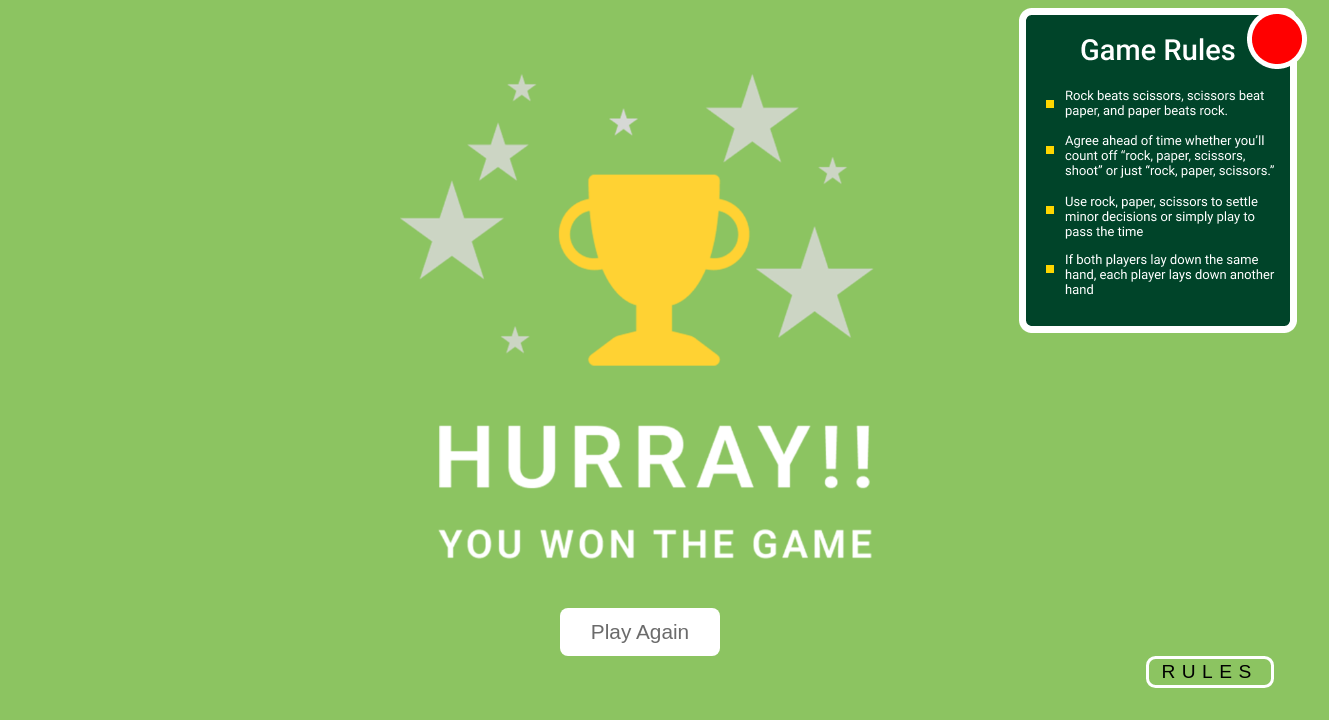
Repository: drumsmanku/Major-module-project-1
Page: hurray.html
These files come from the project's save history. The page is drawn as it stood at one moment and after the next save; the edit follows.
The browser window is 1280 px wide. The page is 1313 px wide, then 1329 px, so the pictures cover 1329 px, including what lies to the right of the window. The pictures show the whole page.

Above is the page before, as saved 2023-05-01 00:11:05.

### hurray.html
<!DOCTYPE html>
<html lang="en">
<head>
  <meta charset="UTF-8">
  <meta http-equiv="X-UA-Compatible" content="IE=edge">
  <meta name="viewport" content="width=device-width, initial-scale=1.0">
  <title>Won</title>
  <style>
    body{
      background-color: #8CC461;
      position: relative;
    }
    .container{
      display: flex;
      flex-direction: column;
      align-items: center;
      justify-content: center;
    }
    .container img{
      width: 70vh;
      margin-bottom: 3rem;
      margin-top: 3rem;
    }
    .play-again{
      background-color: white;
      border: none;
      color: #6B6B6B;
      width: 10rem;
      height: 3rem;
      font-size: 1.3rem;
      border-radius: 0.5rem;
      cursor: pointer;
    }
    #rule-btn{
      background: none;
      border: 3px solid white;
      border-radius: 0.6rem;
      height: 2rem;
      width: 8rem;
      font-size:1.2rem;
      letter-spacing: 0.4rem;
      cursor: pointer;
      z-index: 999;
      position: absolute;
      left: 90%;
      /* bottom: -5rem; */
    }
    .second-second-main-container{
      position: absolute;
      top: 0;
      left: 80%;
    }
    .img-container{
      position: relative;
    }
    #my-btn{
      background: none;
      border: none;
      position: absolute;
      top: 0;
      right: -1rem;
    }

  </style>
</head>
<body>
  <div class="container">
    <img src="hurray.png" alt="">
    <button id="play-again" class="play-again" onclick="location.href='index.html'">Play Again</button>
  </div>
  <div class="second-second-main-container">
    <div class="img-container">
      <img id="rules-img" src="4.png" alt="">
      <button id="my-btn">
        <img src="x.png" alt="">
      </button>
    </div>
  </div>
  <button id="rule-btn">RULES</button>
</body>
</html>

After the next save:
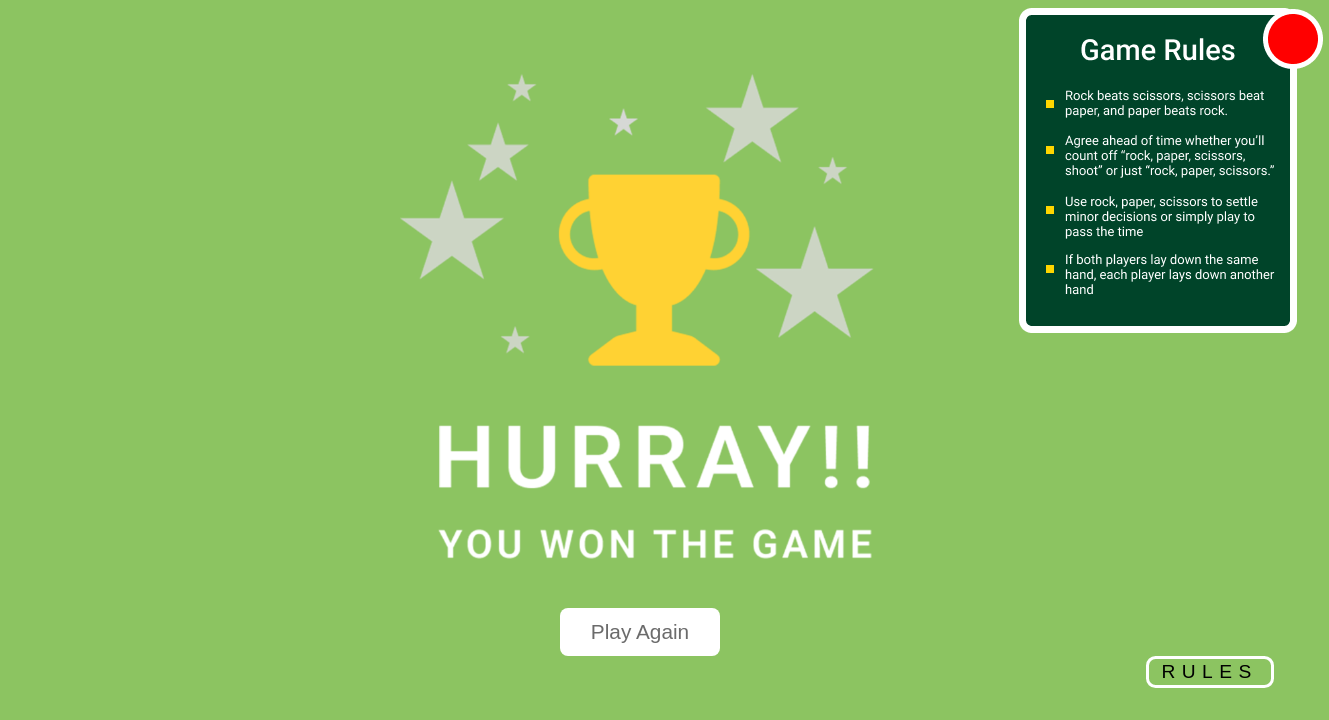
Saved 8 s later.
--- a/hurray.html
+++ b/hurray.html
@@ -58,7 +58,7 @@
       border: none;
       position: absolute;
       top: 0;
-      right: -1rem;
+      right: -2rem;
     }
 
   </style>
